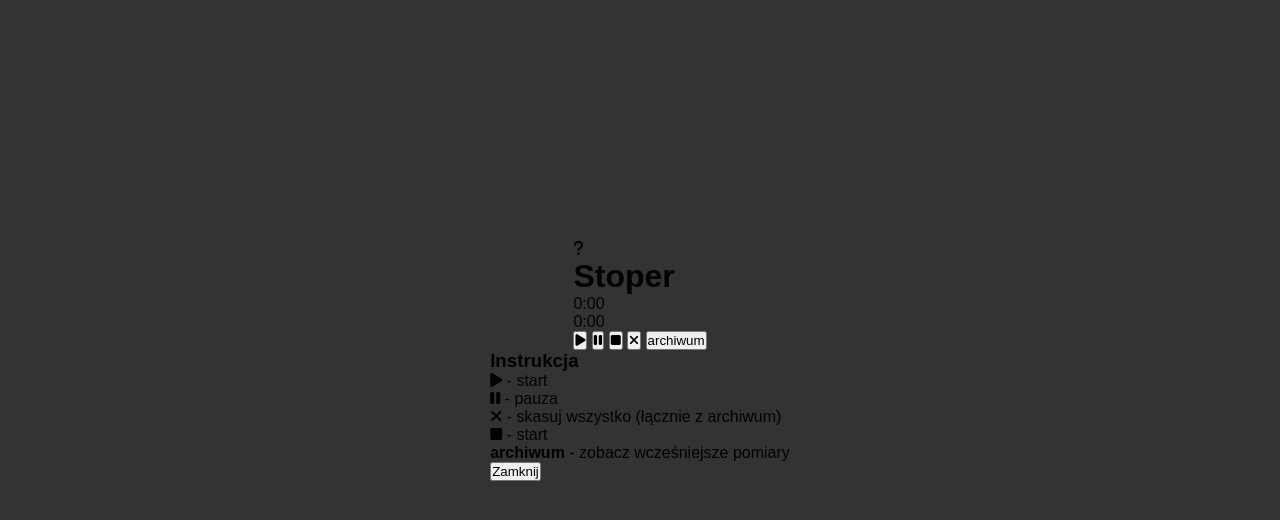
Repository: KrzysKolo/Projekt-5_Stoper
Page: index.html
The author's editor kept a copy of each file at every save. The page is drawn from the files as they stood at one save, then again after the next save.
The browser window is 1280 px wide. The pictures show the whole page.
Some web fonts or font styles are not loaded; a fallback is used. Some web libraries are served in a nearby version.

Above is the page before, as saved 2020-07-05 16:43:02.

After the next save:
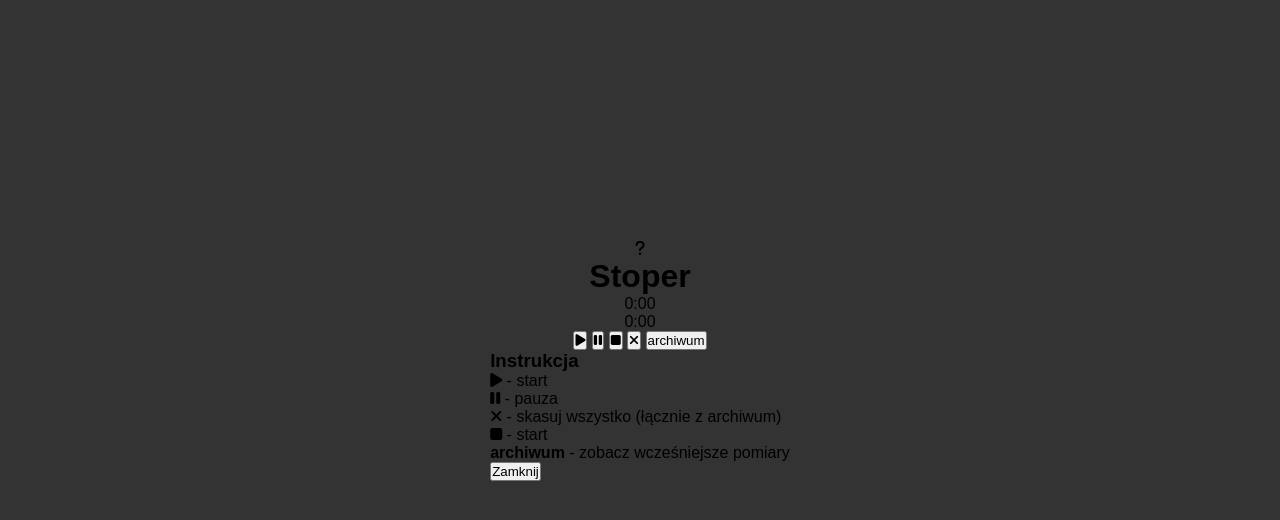
Saved 111 s later.
--- a/css/style.css
+++ b/css/style.css
@@ -16,3 +16,10 @@ body {
   font-family: "Montserrat Subrayada", sans-serif;
   background-color: #333333;
 }
+.wrapper {
+  position: relative;
+  display: flex;
+  justify-content: center;
+  align-items: center;
+  flex-direction: column;
+}
